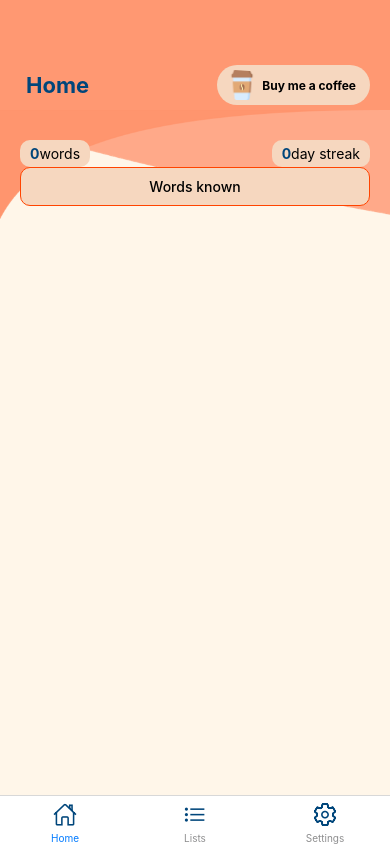
Repository: David-Waite/SpellingApp
Screen: /
These files come from the project's save history. The screen is drawn as it stood at one moment and after the next save; the edit follows.
The app was drawn by React Native's web renderer in a window 390 px wide. The project was rebuilt for these pictures with package versions that can differ from the ones it lists, and the page was loaded fresh each time. Also part of the build but not shown: screens/Settings.js, screens/SpellWord.js, screens/WordsLearnt.js, screens/WordListOverview.js, screens/WordLists.js, screens/Donate.js.

Above is the screen before, as saved 2023-06-22 22:23:21.

After the next save:
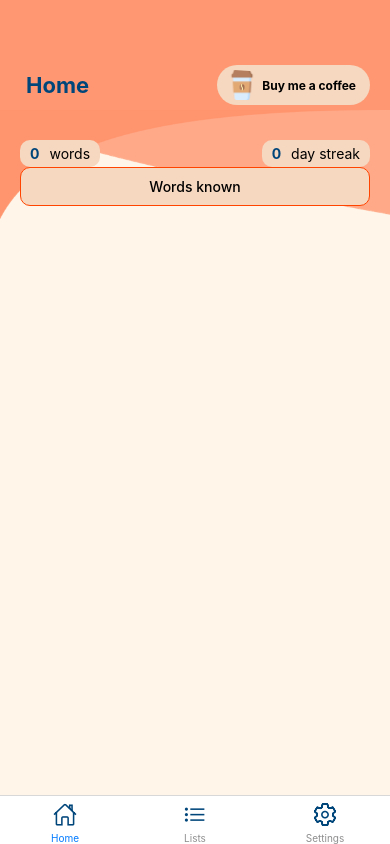
Saved 9 s later.
--- a/components/ui/Home/StatBtn.js
+++ b/components/ui/Home/StatBtn.js
@@ -16,6 +16,7 @@ export default StatBtn;
 const styles = StyleSheet.create({
   container: {
     flexDirection: "row",
+    gap: 10,
     backgroundColor: GlobalStyles.colors.primary100,
     borderRadius: 10,
     paddingHorizontal: 10,
